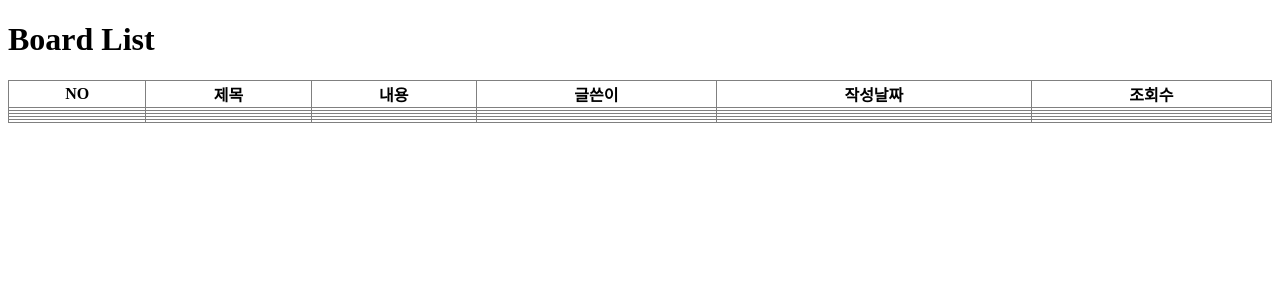
Repository: ByeonYJ/CSSTest
Page: GMSUI/WebContent/board/board_list.html
The author's editor kept a copy of each file at every save. The page is drawn from the files as they stood at one save, then again after the next save.
The browser window is 1280 px wide. The pictures show the whole page.

Above is the page before, as saved 2017-07-19 07:02:01.

After the next save:
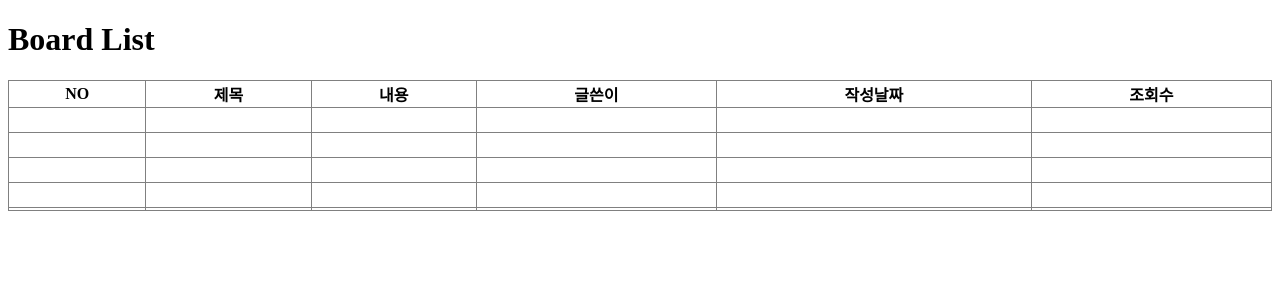
Saved 25 s later.
--- a/GMSUI/WebContent/board/board_list.html
+++ b/GMSUI/WebContent/board/board_list.html
@@ -16,7 +16,7 @@
 			<th style="width: 15%, text-align: center;">작성날짜</th>
 			<th style="width: 9%, text-align: center;">조회수</th>
 		</tr>
-		<tr>
+		<tr style="height: 25px;">
 			<td></td>
 			<td></td>
 			<td></td>
@@ -24,7 +24,7 @@
 			<td></td>
 			<td></td>
 		</tr>
-		<tr>
+		<tr style="height: 25px;">
 			<td></td>
 			<td></td>
 			<td></td>
@@ -32,7 +32,7 @@
 			<td></td>
 			<td></td>
 		</tr>
-		<tr>
+		<tr style="height: 25px;">
 			<td></td>
 			<td></td>
 			<td></td>
@@ -40,14 +40,14 @@
 			<td></td>
 			<td></td>
 		</tr>
-		<tr>
+		<tr style="height: 25px;">
 			<td></td>
 			<td></td>
 			<td></td>
 			<td></td>
 			<td></td>
 			<td></td>
-		</tr>
+		</tr style="height: 25px;">
 		<tr>
 			<td></td>
 			<td></td>
